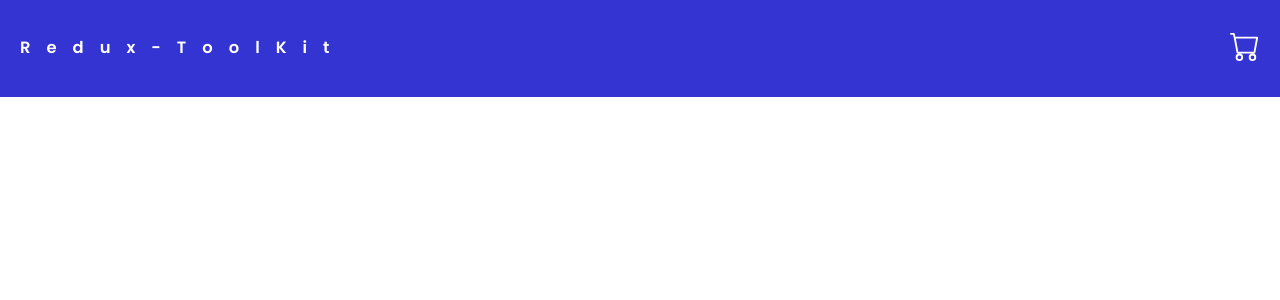
Repository: OmniaRafat232111121/shoppingCart
Page: /
An editor plug-in stored every save of this project. The page is shown before and after the next save, followed by the edit.
The browser window is 1280 px wide. The pictures show the whole page.
The project was rebuilt for these pictures with package versions that can differ from the ones it lists, and the page was loaded fresh each time. Also part of the build but not shown: src/App.css.

Above is the page before, as saved 2023-02-07 01:49:02.

After the next save:
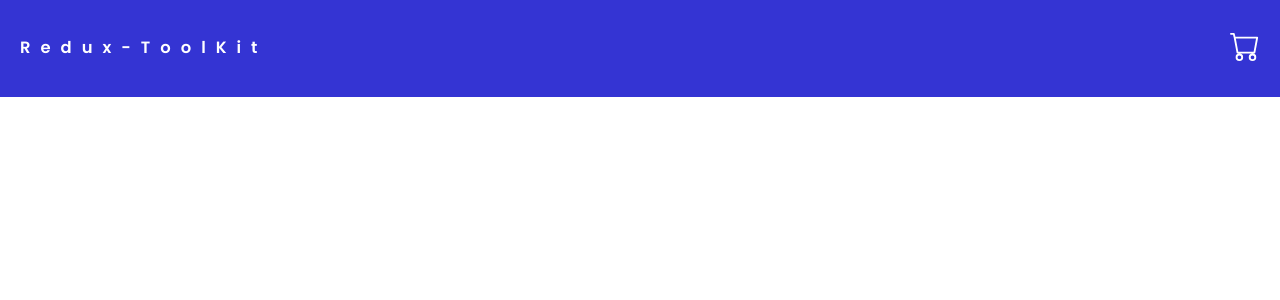
Saved 9 s later.
--- a/src/index.css
+++ b/src/index.css
@@ -20,5 +20,5 @@
   margin:0 auto;
 }
 .nav-center h3{
-  letter-spacing: 1rem;
+  letter-spacing: 10px;
 }
